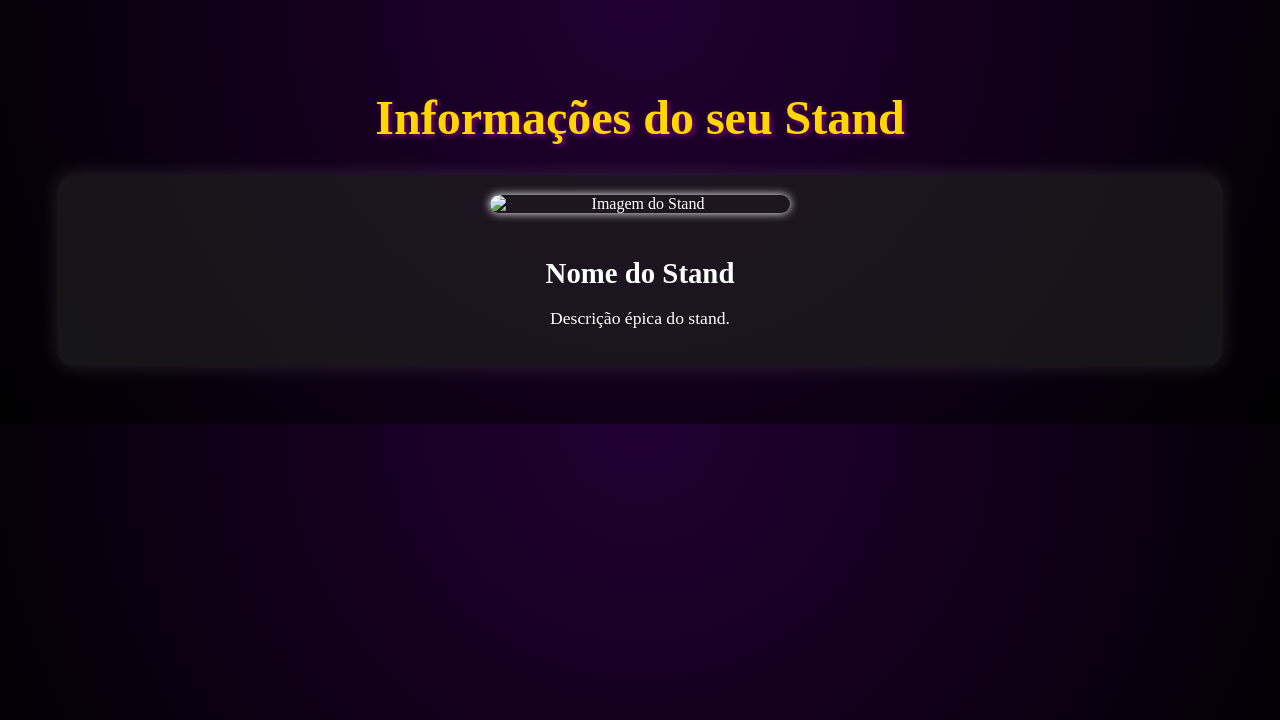
Repository: Yago-sz/Site-Jojo
Page: standinfo.html
These files come from the project's save history. The page is drawn as it stood at one moment and after the next save; the edit follows.
The browser window is 1280 px wide. The pictures show the whole page.
Some web fonts or font styles are not loaded; a fallback is used.

Above is the page before, as saved 2025-04-23 17:10:25.
Console error: TypeError: Cannot read properties of undefined (reading 'imagem')

After the next save:
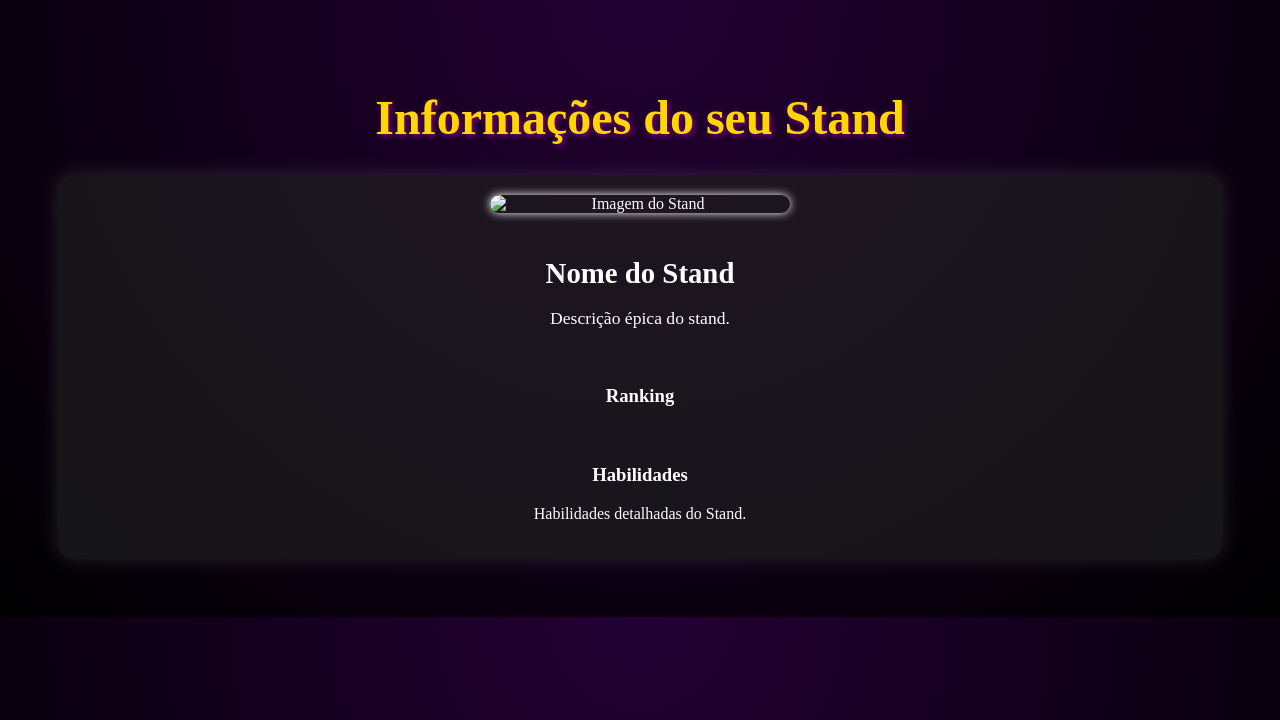
Saved 5 min 33 s later.
--- a/standinfo.html
+++ b/standinfo.html
@@ -17,8 +17,22 @@
                 <h2 id="stand-nome" class="stand-nome">Nome do Stand</h2>
                 <p id="stand-desc" class="stand-desc">Descrição épica do stand.</p>
             </div>
+
+            <!-- Nova seção de Ranking -->
+            <div id="stand-ranking" class="stand-ranking">
+                <h3>Ranking</h3>
+                <ul id="ranking-lista">
+                    <!-- Ranking será preenchido aqui -->
+                </ul>
+            </div>
+
+            <!-- Nova seção de Habilidades -->
+            <div id="stand-habilidades" class="stand-habilidades">
+                <h3>Habilidades</h3>
+                <p id="stand-habilidades-desc">Habilidades detalhadas do Stand.</p>
+            </div>
         </div>
-
+    </div>
 
     <script>
         // Obtém o nome do stand da URL
@@ -29,44 +43,48 @@
         const infosDoStand = {
             "Star Platinum": {
                 imagem: "img/star_platinum.jpg",
-                descricao: "Extremamente rápido e poderoso. Famoso pelo grito 'ORA ORA ORA!' e capaz de parar o tempo com 'The World'."
+                descricao: "Extremamente rápido e poderoso. Famoso pelo grito 'ORA ORA ORA!' e capaz de parar o tempo com 'The World'.",
+                ranking: [
+                    { nome: "Dano", valor: "10/10" },
+                    { nome: "Velocidade", valor: "9/10" },
+                    { nome: "Controle", valor: "8/10" }
+                ],
+                habilidades: [
+                    "Aceleração incrível",
+                    "Capacidade de parar o tempo",
+                    "Força física excepcional"
+                ],
             },
             "Killer Queen": {
                 imagem: "img/killer_queen.jpg",
-                descricao: "Pode transformar qualquer coisa em bomba. Possui habilidades como Sheer Heart Attack e Bites the Dust."
-            },
-            "Crazy Diamond": {
-                imagem: "img/crazy_diamond.jpg",
-                descricao: "Pode restaurar objetos e pessoas à sua forma original. Forte e preciso, mas com um coração gentil."
-            },
-            "Gold Experience Requiem": {
-                imagem: "img/ger.jpg",
-                descricao: "Possui o poder de anular causas e efeitos. Virtualmente invencível ao retornar tudo ao 'zero'."
-            },
-            "The World": {
-                imagem: "img/the_world.jpg",
-                descricao: "Stand de DIO com poder de parar o tempo. Extremamente veloz e forte."
-            },
-            "Tusk ACT4": {
-                imagem: "img/tusk_act4.jpg",
-                descricao: "A forma final do Tusk. Usa rotações infinitas para causar danos que ignoram defesas e não podem ser curados."
-            },
-            "D4C - Love Train": {
-                imagem: "img/d4c.jpg",
-                descricao: "Manipula dimensões e desvia o destino ruim para os outros. Um dos stands mais perigosos."
-            },
-            "Soft & Wet": {
-                imagem: "img/soft_wet.jpg",
-                descricao: "Pode roubar propriedades de objetos e pessoas usando bolhas. Extremamente versátil."
-            },
+                descricao: "Pode transformar qualquer coisa em bomba. Possui habilidades como Sheer Heart Attack e Bites the Dust.",
+                ranking: [
+                    { nome: "Dano", valor: "9/10" },
+                    { nome: "Velocidade", valor: "7/10" },
+                    { nome: "Controle", valor: "8/10" }
+                ],
+                habilidades: [
+                    "Transformação em bomba",
+                    "Sheer Heart Attack",
+                    "Bites the Dust"
+                ],
             "Wonder of U": {
                 imagem: "imagem/wonder.png",
-                descricao: "Invoca calamidades contra quem o persegue. Atua com uma aura de inevitabilidade."
+                descricao: "Invoca calamidades contra quem o persegue. Atua com uma aura de inevitabilidade.",
+                ranking: [
+                    { nome: "Dano", valor: "9/10" },
+                    { nome: "Velocidade", valor: "8/10" },
+                    { nome: "Controle", valor: "7/10" }
+                ],
+                habilidades: [
+                    "Invocar calamidades",
+                    "Aura de inevitabilidade",
+                    "Manipulação da sorte"
+                ]
             },
-            "The World Over Heaven": {
-                imagem: "img/world_over_heaven.jpg",
-                descricao: "Versão alternativa e ainda mais poderosa do The World, capaz de reescrever a realidade com seus socos."
-            }
+
+            },
+            // Adicione mais stands conforme necessário
         };
 
         // Exibe as informações do stand
@@ -75,10 +93,23 @@
         const standImg = document.getElementById("stand-img");
         const standNomeEl = document.getElementById("stand-nome");
         const standDesc = document.getElementById("stand-desc");
+        const rankingLista = document.getElementById("ranking-lista");
+        const standHabilidadesDesc = document.getElementById("stand-habilidades-desc");
 
+        // Exibe imagem, nome e descrição do Stand
         standImg.src = info.imagem;
         standNomeEl.textContent = standNome;
         standDesc.textContent = info.descricao;
+
+        // Exibe o ranking do Stand
+        info.ranking.forEach(item => {
+            const li = document.createElement("li");
+            li.textContent = `${item.nome}: ${item.valor}`;
+            rankingLista.appendChild(li);
+        });
+
+        // Exibe as habilidades do Stand
+        standHabilidadesDesc.textContent = "Habilidades: " + info.habilidades.join(", ");
     </script>
 </body>
 </html>
